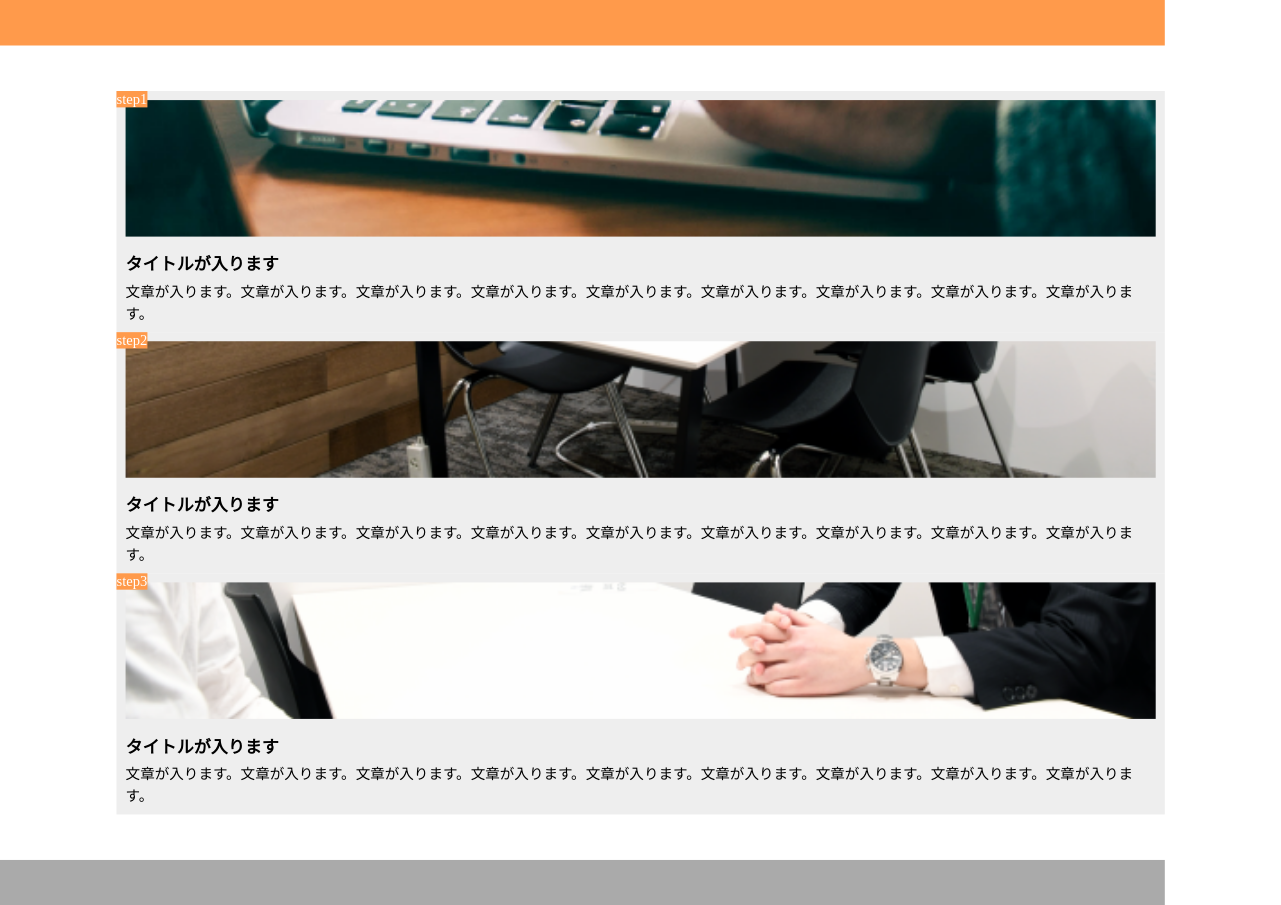
Repository: GAFAMONLINE/kadai
Page: 課題/index.html
The author's editor kept a record of every edit. The page is drawn from the files as they stood at one moment, then again after the next edit.
The browser window is 1280 px wide. The page is 1408 px wide, so the pictures cover 1408 px, including what lies to the right of the window. The pictures show the whole page, at 91% of full size.

Above is the page before.

### 課題/index.html
<!DOCTYPE html>
<html lang="ja">
  <head>
    <meta charset="UTF-8" />

  <meta name="viewport" content="width=device-width,initial-scale=1.0">
    <title>9章演習</title>
    <link rel="stylesheet" href="style.css" />
  </head>
  <body>
    <header></header>
    <main>
      <div class="step-box">
        <div class="step-img1"></div>
        <span class="step-num">step1</span>
        <h3 class="title">タイトルが入ります</h3>
        <p class="text">
          文章が入ります。文章が入ります。文章が入ります。文章が入ります。文章が入ります。文章が入ります。文章が入ります。文章が入ります。文章が入ります。
        </p>
      </div>

      <div class="step-box">
        <div class="step-img2"></div>
        <span class="step-num">step2</span>
        <h3 class="title">タイトルが入ります</h3>
        <p class="text">
          文章が入ります。文章が入ります。文章が入ります。文章が入ります。文章が入ります。文章が入ります。文章が入ります。文章が入ります。文章が入ります。
        </p>
      </div>

      <div class="step-box">
        <div class="step-img3"></div>
        <span class="step-num">step3</span>
        <h3 class="title">タイトルが入ります</h3>
        <p class="text">
          文章が入ります。文章が入ります。文章が入ります。文章が入ります。文章が入ります。文章が入ります。文章が入ります。文章が入ります。文章が入ります。
        </p>
      </div>
    </main>
    <footer></footer>
  </body>
</html>

### 課題/style.css
* {
  box-sizing: border-box;
  margin: 0;
  padding: 0;
}
header {
  height: 50px;
  background-color: #ff9a4b;
}

main {
  width: 960px;
  margin: 50px auto;
  display: flex;
}

.step-box {
  width: 300px;
  margin-right: 30px;
  padding: 10px;
  position: relative;
  background-color: #eee;
}

.step-box2 {
  width: 300px;
  margin-right: 30px;
  padding: 10px;
  position: relative;
  background-color: #eee;
}

.step-box:last-child {
  margin-right: 0;
}

.step-img1 {
  height: 150px;
  background-image: url(img/flow01.png);
  background-position: bottom;
  background-size: cover;
}

.step-img2 {
  height: 150px;
  background-image: url(img/flow02.png);
  background-position: bottom;
  background-size: cover;
}

.step-img3 {
  height: 150px;
  background-image: url(img/flow03.png);
  background-position: bottom;
  background-size: cover;
}

.step-num {
  position: absolute;
  top: 0;
  left: 0;
  background-color: #ff9a4b;
  color: #fff;
}

.title {
  margin: 15px 0 5px;
}

footer {
  height: 50px;
  background-color: #aaa;
}

@media screen and (min-width: 768px) {

main {
display: block;
width: 100%;
margin: 50px 10%;
}

.step-box {
display: block;
width: 90%;
margin-right: 0;
}

.step-box2 {
display: block;
width: 90%;
margin: 20px 10%;
}

}いち　それぞれの余白を作るのはどうする…？　に　幅を90％にするには？

After the next edit:
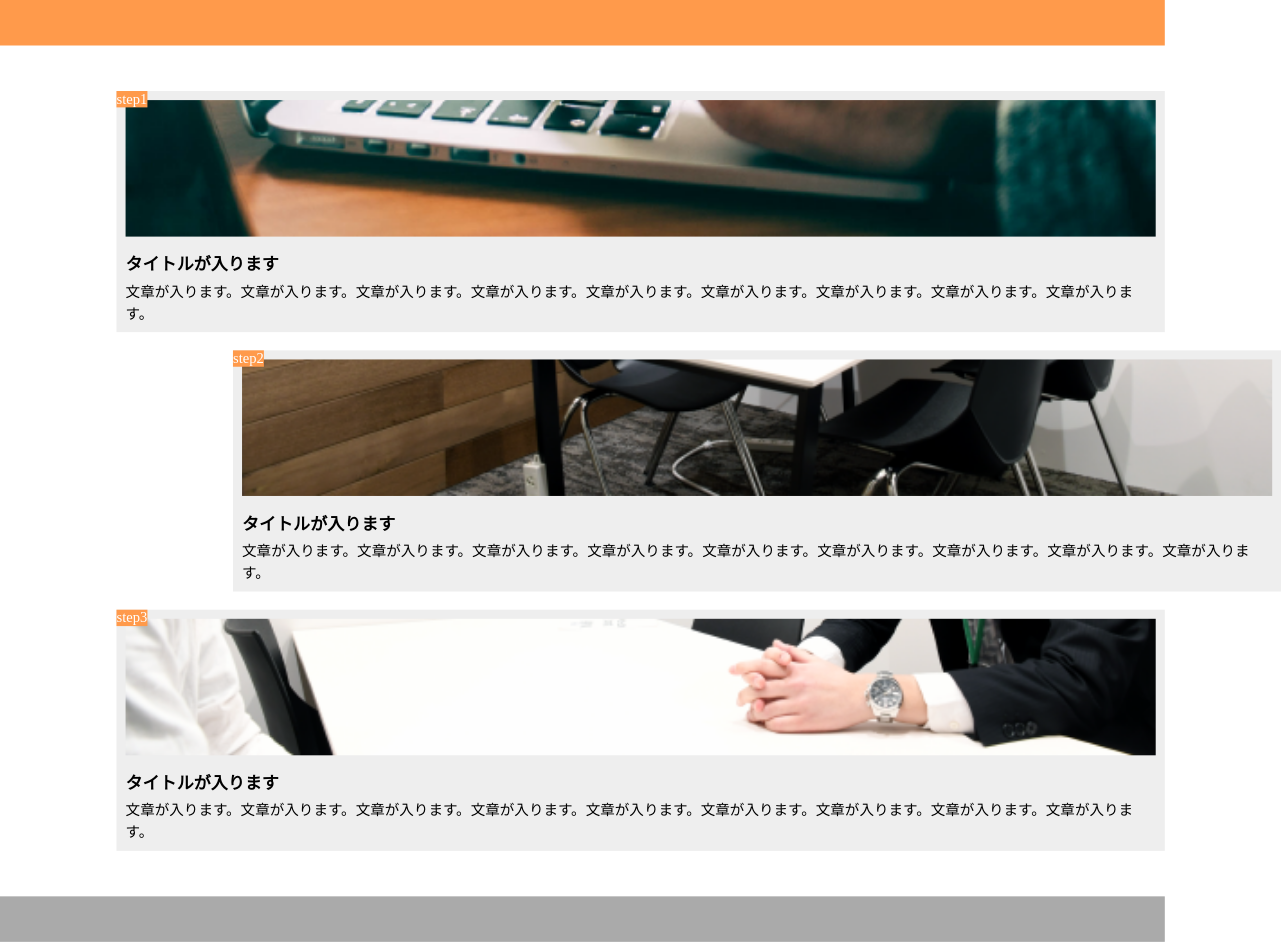
The edit:
--- a/課題/index.html
+++ b/課題/index.html
@@ -19,7 +19,7 @@
         </p>
       </div>
 
-      <div class="step-box">
+      <div class="step-box2">
         <div class="step-img2"></div>
         <span class="step-num">step2</span>
         <h3 class="title">タイトルが入ります</h3>
